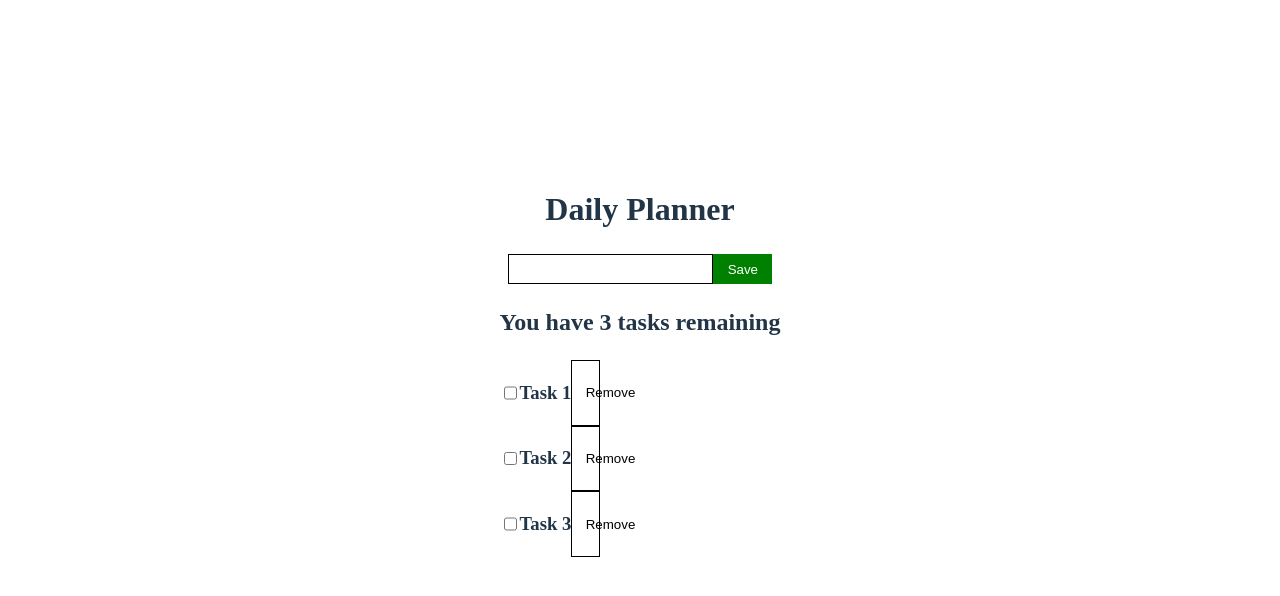
Repository: SamanthaYan298/my_planner
Page: /
An editor plug-in stored every save of this project. The page is shown before and after the next save, followed by the edit.
The browser window is 1280 px wide. The pictures show the whole page.
The project was rebuilt for these pictures with package versions that can differ from the ones it lists, and the page was loaded fresh each time. Also part of the build but not shown: vite.config.js.

Above is the page before, as saved 2024-10-07 17:06:57.

### src/App.jsx
import { useState } from 'react'
import './App.css'

function App() {

  return (
    <>
      <h1>Daily Planner</h1>
      <form>
        <input
          type="text"
          className='form-input'
        />
        <button className='form-btn'>Save</button>
      </form>
      <h2>You have 3 tasks remaining</h2>
      <div>
        <div className='task-list'>
          <input type="checkbox" />
          <h3>Task 1</h3>
          <button className='task-btn'>Remove</button>
        </div>

        <div className='task-list'>
          <input type="checkbox" />
          <h3>Task 2</h3>
          <button className='task-btn'>Remove</button>
        </div>

        <div className='task-list'>
          <input type="checkbox" />
          <h3>Task 3</h3>
          <button className='task-btn'>Remove</button>
        </div>
      </div>
    </>
  )
}

export default App

### src/index.css
:root {
  font-family: Inter, system-ui, Avenir, Helvetica, Arial, sans-serif;
  line-height: 1.5;
  font-weight: 400;

  color-scheme: light dark;
  color: rgba(255, 255, 255, 0.87);
  background-color: #242424;

  font-synthesis: none;
  text-rendering: optimizeLegibility;
  -webkit-font-smoothing: antialiased;
  -moz-osx-font-smoothing: grayscale;
}

a {
  font-weight: 500;
  color: #646cff;
  text-decoration: inherit;
}
a:hover {
  color: #535bf2;
}

body {
  margin: 0;
  display: flex;
  place-items: center;
  min-width: 320px;
  min-height: 100vh;
}

/* h1 {
  font-size: 3.2em;
  line-height: 1.1;
} */

/* button {
  border-radius: 8px;
  border: 1px solid transparent;
  padding: 0.6em 1.2em;
  font-size: 1em;
  font-weight: 500;
  font-family: inherit;
  background-color: #1a1a1a;
  cursor: pointer;
  transition: border-color 0.25s;
}
button:hover {
  border-color: #646cff;
}
button:focus,
button:focus-visible {
  outline: 4px auto -webkit-focus-ring-color;
} */

@media (prefers-color-scheme: light) {
  :root {
    color: #213547;
    background-color: #ffffff;
  }
  a:hover {
    color: #747bff;
  }
  button {
    background-color: #f9f9f9;
  }
}

### src/App.css
#root {
  max-width: 1280px;
  margin: 0 auto;
  padding: 2rem;
  text-align: center;
  font-family: "Playfair Display", serif;
}

.task-list {
  display: flex;
  flex-direction: row;
}

.form-btn {
  background-color: green;
  border: 1px solid green;
  color: white;
  padding: 0.5em 1em;
}

.task-btn {
  padding: 0.5em 1em;
  border: 1px solid;
  background-color: white;
  width: 2em;
}

.form-input {
  padding: 0.5em 1em;
  border: 1px solid;
}

Loaded but not shown: index.html (common file); src/main.jsx (common file)

After the next save:
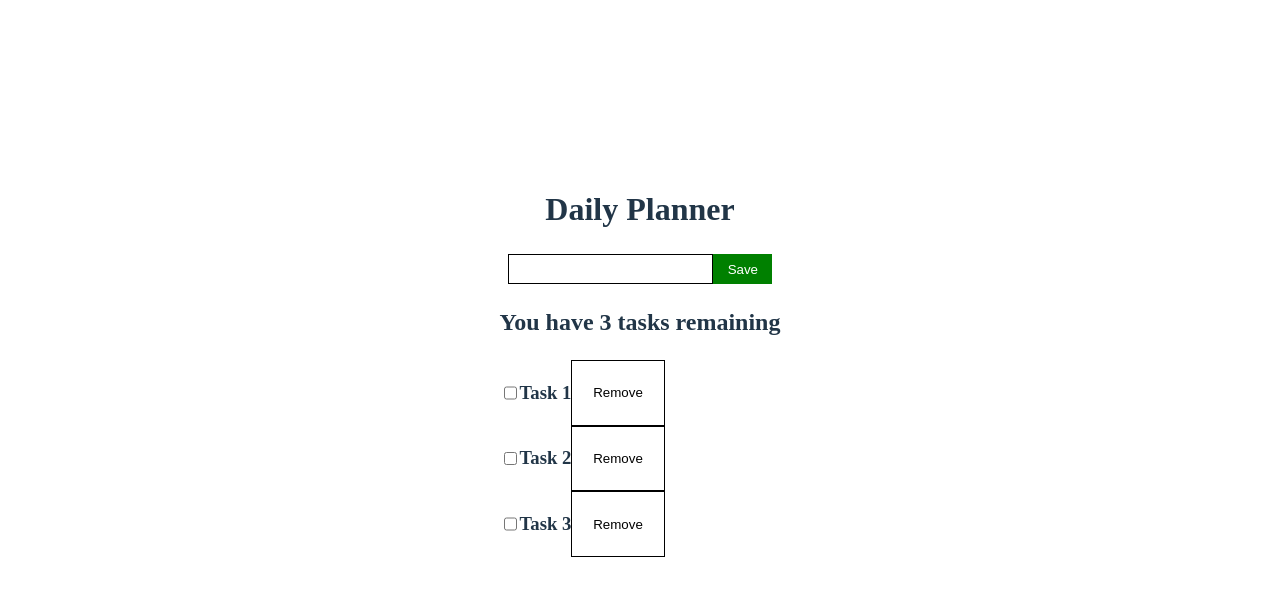
Saved 5 s later.
--- a/src/App.css
+++ b/src/App.css
@@ -22,7 +22,7 @@
   padding: 0.5em 1em;
   border: 1px solid;
   background-color: white;
-  width: 2em;
+  width: 7em;
 }
 
 .form-input {
